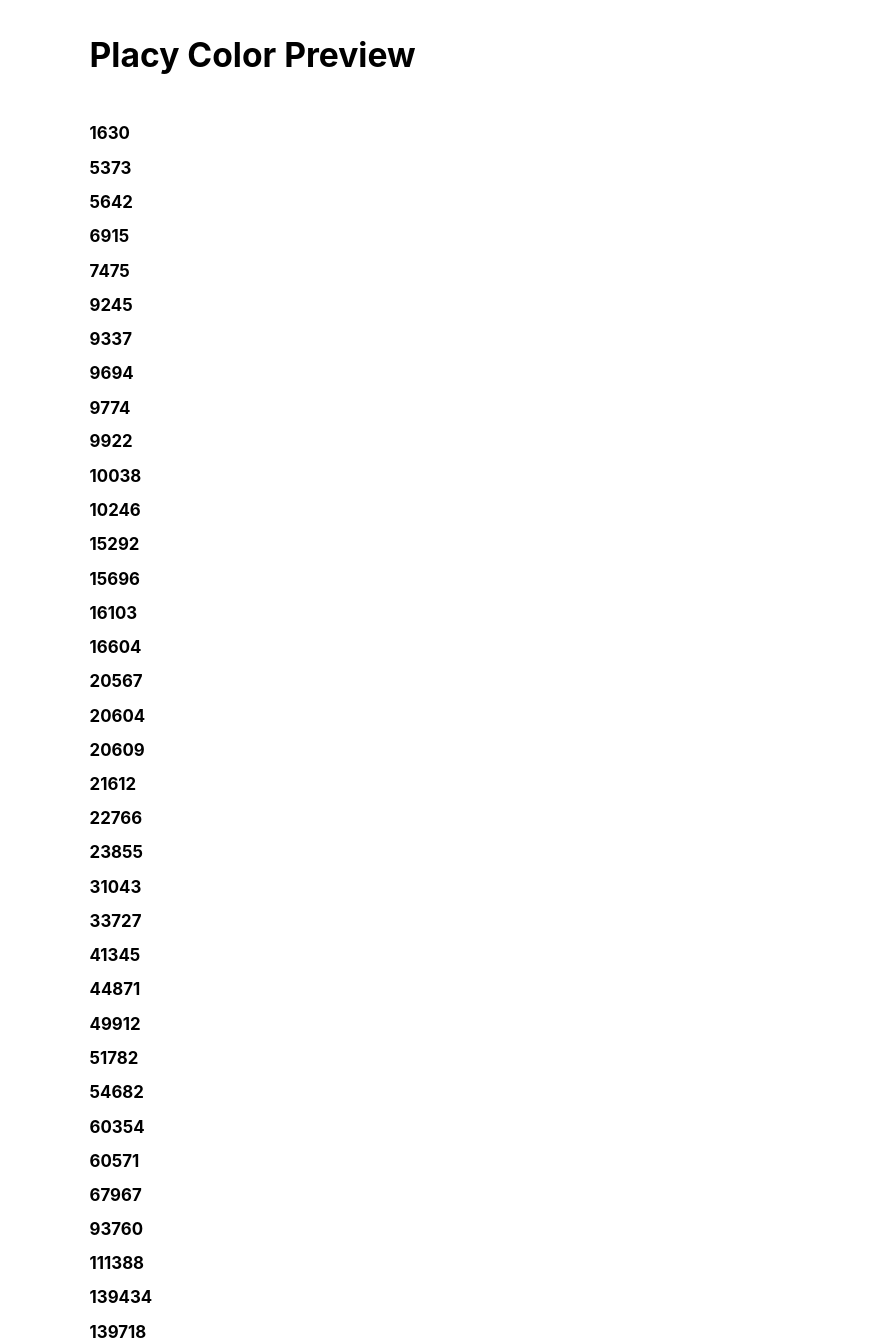
Repository: hideodaikoku/color-viewer
Page: /
These files come from the project's save history. The page is drawn as it stood at one moment and after the next save; the edit follows.
The browser window is 1280 px wide. The pictures show the part of the page from y = 0 to 1920 px (the page is 4333 px tall before and 4365 px after), at 70% of full size.
The project was rebuilt for these pictures with package versions that can differ from the ones it lists, and the page was loaded fresh each time. Also part of the build but not shown: src/styles/card.module.css.

Above is the page before, as saved 2021-07-06 02:25:21.

### src/index.js
import React from 'react';
import ReactDOM from 'react-dom';
import './styles/index.css';
import Main from './components/Main';

ReactDOM.render(
  <React.StrictMode>
    <Main />
  </React.StrictMode>,
  document.getElementById('root')
);

### src/components/Main.js
import React from 'react';
import Card from './Card';
import mainStyles from '../styles/main.module.css';
import data from '../data/data.json'

const Main = () => {
    return (
        <div className={mainStyles.container}>
            <div className={mainStyles.top}>
                <h1 className={mainStyles.header}>
                    Placy Color Preview
                </h1>
                {
                    data.map((place)=>
                        <Card key={place.id} place={place}/>
                    )
                }
            </div>
        </div>
    )
}

export default Main;

### src/components/Card.js
import React from 'react';
import cardStyles from '../styles/card.module.css';

const Card = (props) => {

    return (
        <div className={cardStyles.container}>
            <div className={cardStyles.top}>
                <h2 className={cardStyles.header}>
                    {props.place.place_id}
                </h2>
            </div>
        </div>
    )
}

export default Card;

### src/styles/main.module.css
.container{
    display: flex;
    margin: 0 auto;
    max-width: 80%;
}

.header{
    height: 5rem;
    padding: 1rem 0;
}

.header{
    font-size: 3rem;
}

Loaded but not shown: public/index.html (common file); src/styles/index.css (common file); src/data/data.json (2722 lines, source omitted)

After the next save:
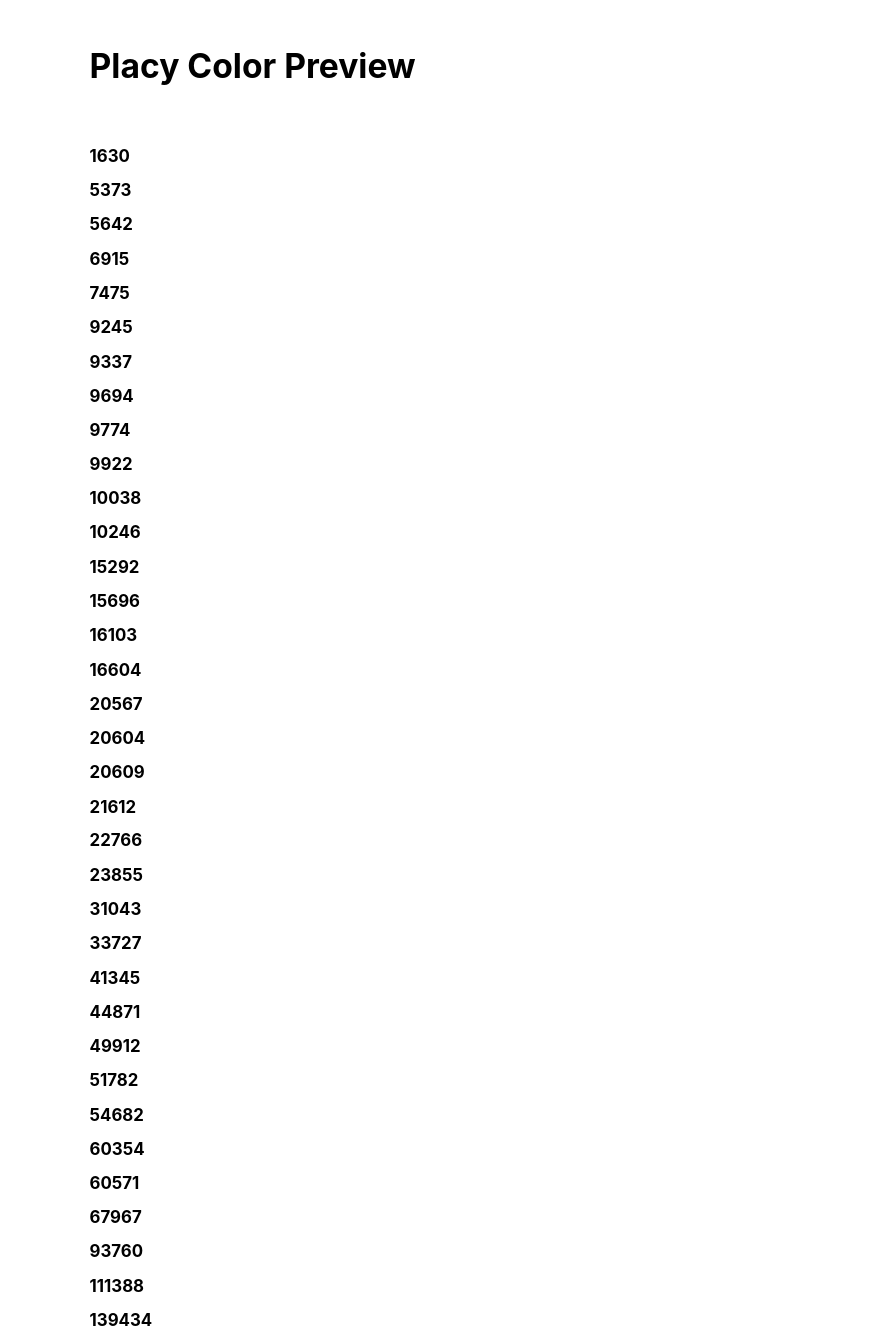
Saved 7 s later.
--- a/src/styles/main.module.css
+++ b/src/styles/main.module.css
@@ -6,7 +6,7 @@
 
 .header{
     height: 5rem;
-    padding: 1rem 0;
+    padding: 2rem 0;
 }
 
 .header{
